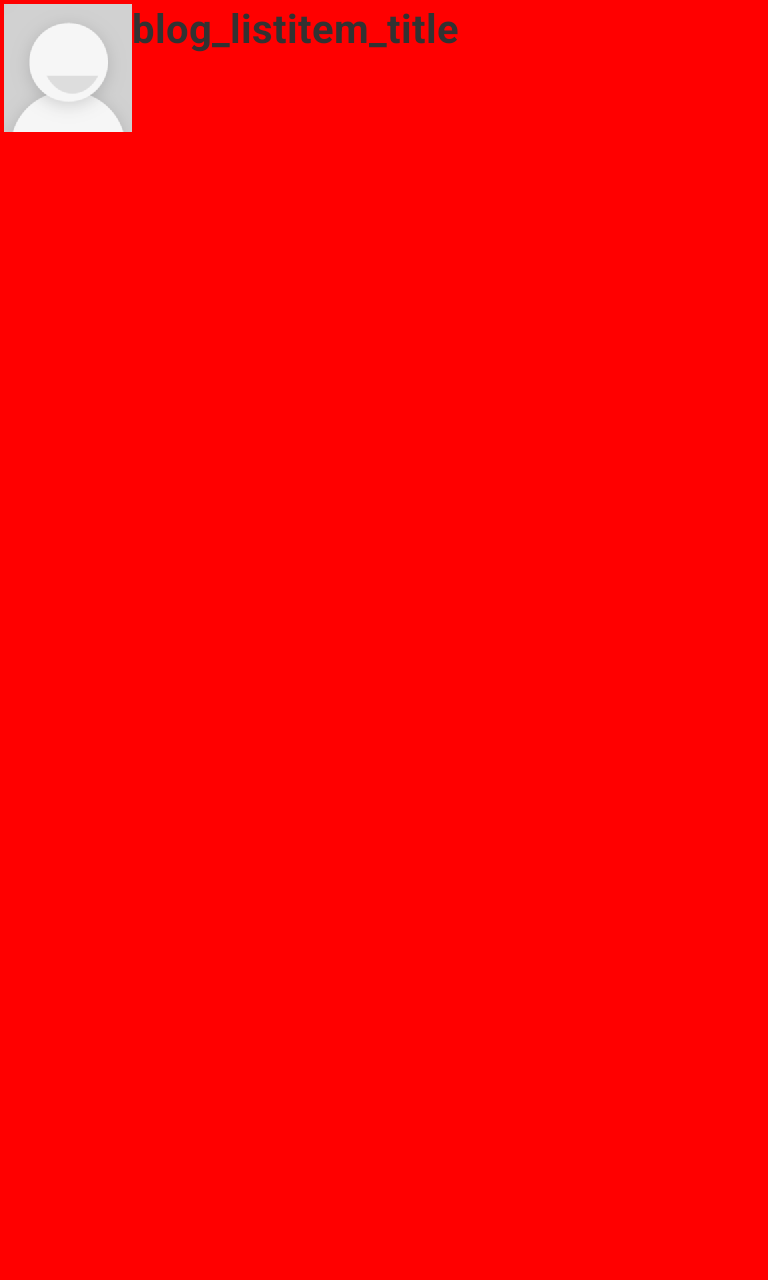
Repository: DeKaaskop/Android_1
Layout: Blogger_Inholland/res/layout/blog_listitem.xml
The author's editor kept a copy of each file at every save. The layout is drawn from the files as they stood at one save, then again after the next save.
It is drawn on a 768 x 1280 px phone screen (xhdpi) without system bars, with theme AppTheme; the app's code is not run. The app's manifest (not shown) leaves right-to-left support off. So textAlignment, textDirection and layoutDirection are ignored, and left and right values win over start and end ones.

Above is the layout before, as saved 2015-01-26 21:55:05.

After the next save:
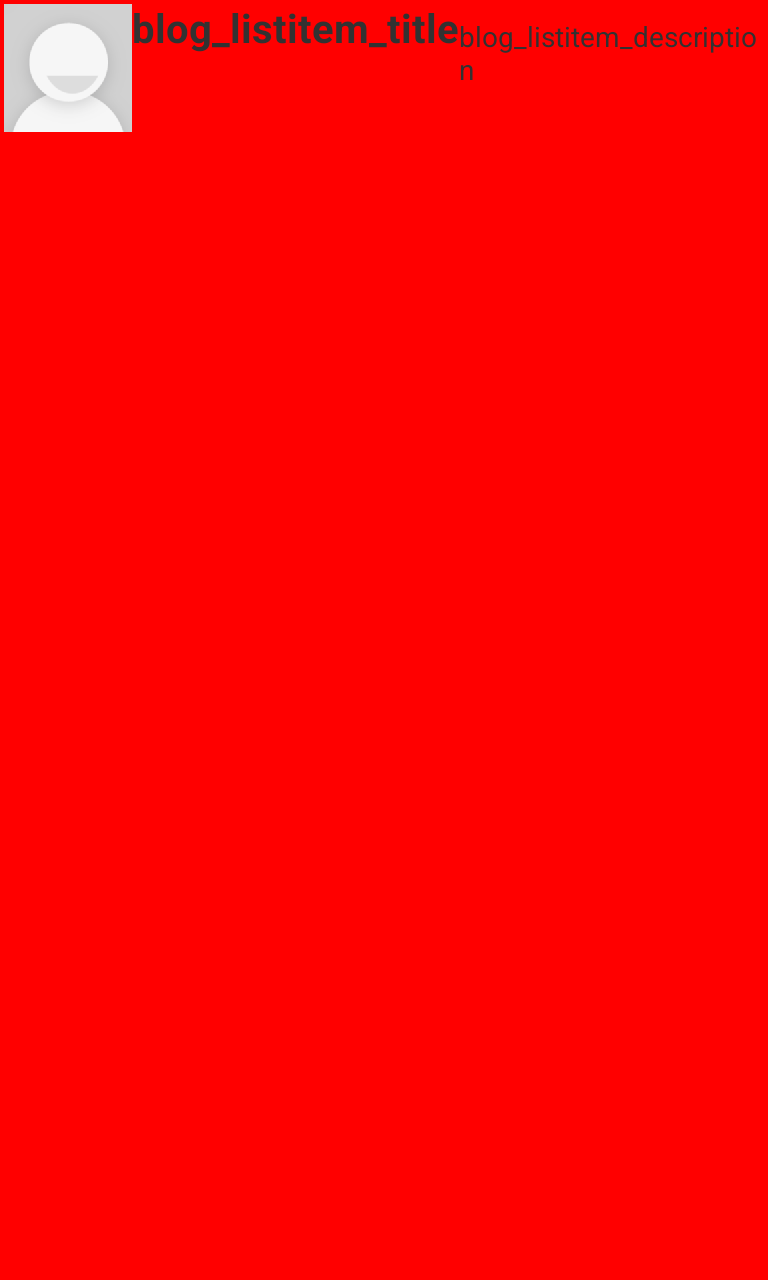
Saved 7 s later.
--- a/Blogger_Inholland/res/layout/blog_listitem.xml
+++ b/Blogger_Inholland/res/layout/blog_listitem.xml
@@ -32,6 +32,6 @@
         android:layout_height="wrap_content"
         android:layout_marginTop="2dp"
 
-        android:textStyle="blog_listitem_description" />
+        android:text="blog_listitem_description" />
 
 </LinearLayout>

After the save that followed:
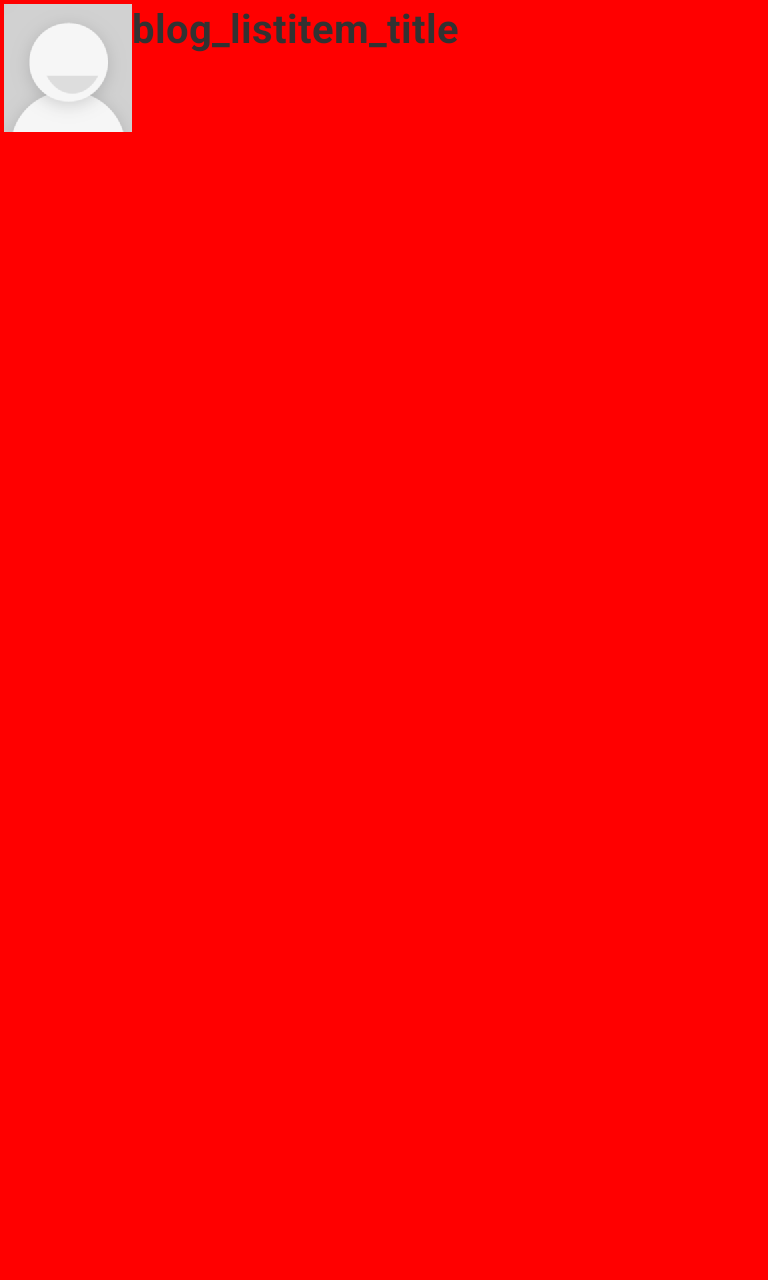
Saved 29 s later.
--- a/Blogger_Inholland/res/layout/blog_listitem.xml
+++ b/Blogger_Inholland/res/layout/blog_listitem.xml
@@ -19,7 +19,7 @@
 
     <TextView
         android:id="@+id/blog_listitem_title"
-        android:layout_width="wrap_content"
+        android:layout_width="match_parent"
         android:layout_height="wrap_content"
         android:textSize="20sp"
         android:textStyle="bold"
@@ -28,7 +28,7 @@
 
     <TextView
         android:id="@+id/blog_listitem_description"
-        android:layout_width="wrap_content"
+        android:layout_width="match_parent"
         android:layout_height="wrap_content"
         android:layout_marginTop="2dp"
 
